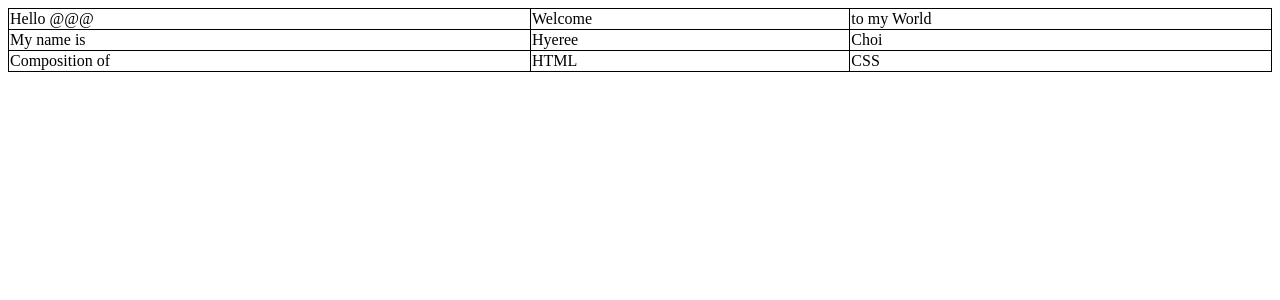
Repository: hyereechoi/hyereechoi.github.io
Page: page2.html
The author's editor kept a record of every edit. The page is drawn from the files as they stood at one moment, then again after the next edit.
The browser window is 1280 px wide. The pictures show the whole page.

Above is the page before.

### page2.html
<!DOCTYPE html>
<html>

<head>
<style>
table, th, td {
    border: 1px solid black;
    border-collapse: collapse;
}
</style>
</head>

<body>

<table style="width:100%">
  <tr>
    <td>Hello @@@</td>
    <td>Welcome</td>
    <td>to my World</td>
  </tr>
  <tr>
    <td>My name is</td>
    <td>Hyeree</td>
    <td>Choi</td>
  </tr>
  <tr>
    <td>Composition of</td>
    <td>HTML</td>
    <td>CSS</td>
  </tr>
</table>

</body>
</html>

After the next edit:
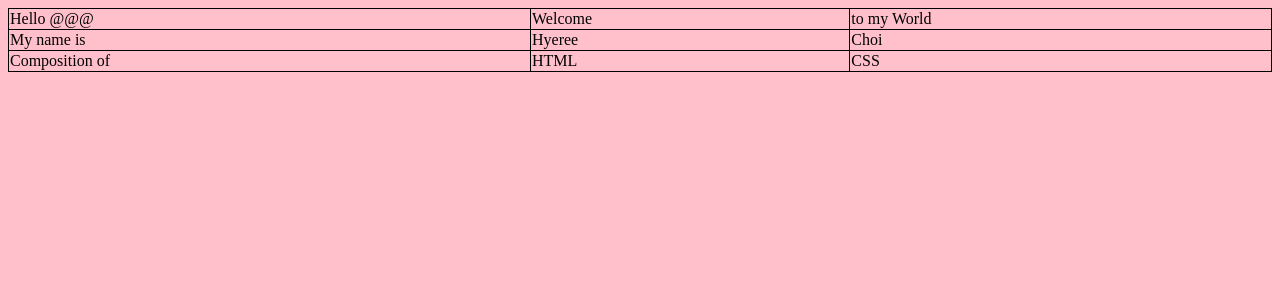
The edit:
--- a/page2.html
+++ b/page2.html
@@ -11,6 +11,11 @@
 </head>
 
 <body>
+
+  <style>
+  body {background-color:pink}
+
+</style>
 
 <table style="width:100%">
   <tr>
